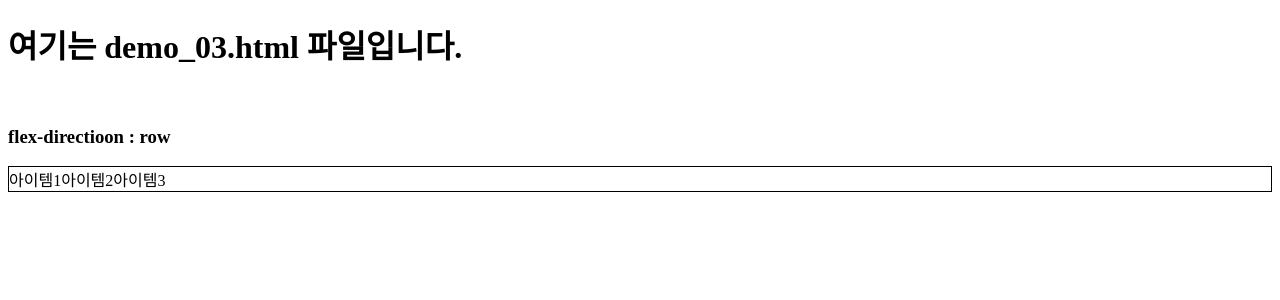
Repository: kimmingyeong225/totalJSP
Page: class_flexbox_011/src/main/webapp/demo_00.html
The author's editor kept a copy of each file at every save. The page is drawn from the files as they stood at one save, then again after the next save.
The browser window is 1280 px wide. The pictures show the whole page.

Above is the page before, as saved 2024-07-01 00:48:44.

After the next save:
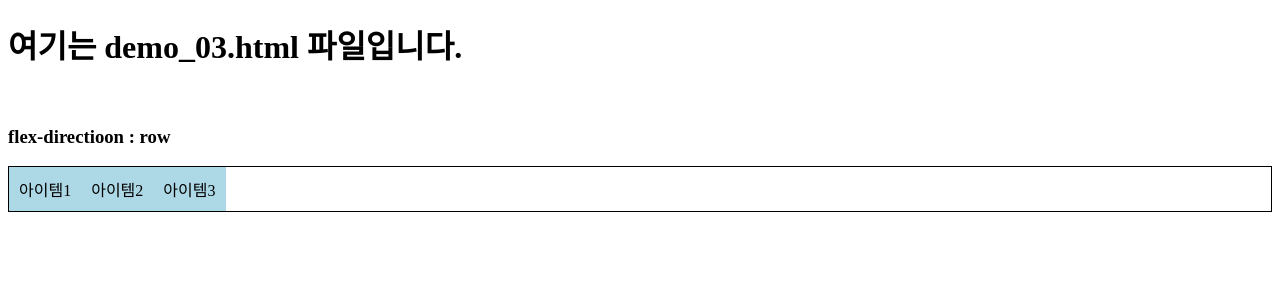
Saved 2 min 0 s later.
--- a/class_flexbox_011/src/main/webapp/demo_00.html
+++ b/class_flexbox_011/src/main/webapp/demo_00.html
@@ -10,6 +10,12 @@
 		border: 1px solid black;
 	}
 
+	.item {
+		background-color:  lightblue;
+		padding: 10px;
+
+	}
+
 </style>
 </head>
 <body>
@@ -18,9 +24,9 @@
     <br>
     <h3>flex-directioon : row</h3>
     <div class="container">
-    	<div>아이템1</div>
-    	<div>아이템2</div>
-    	<div>아이템3</div>
+    	<div class="item">아이템1</div>
+    	<div class="item">아이템2</div>
+    	<div class="item">아이템3</div>
     </div>
 
 </body>
